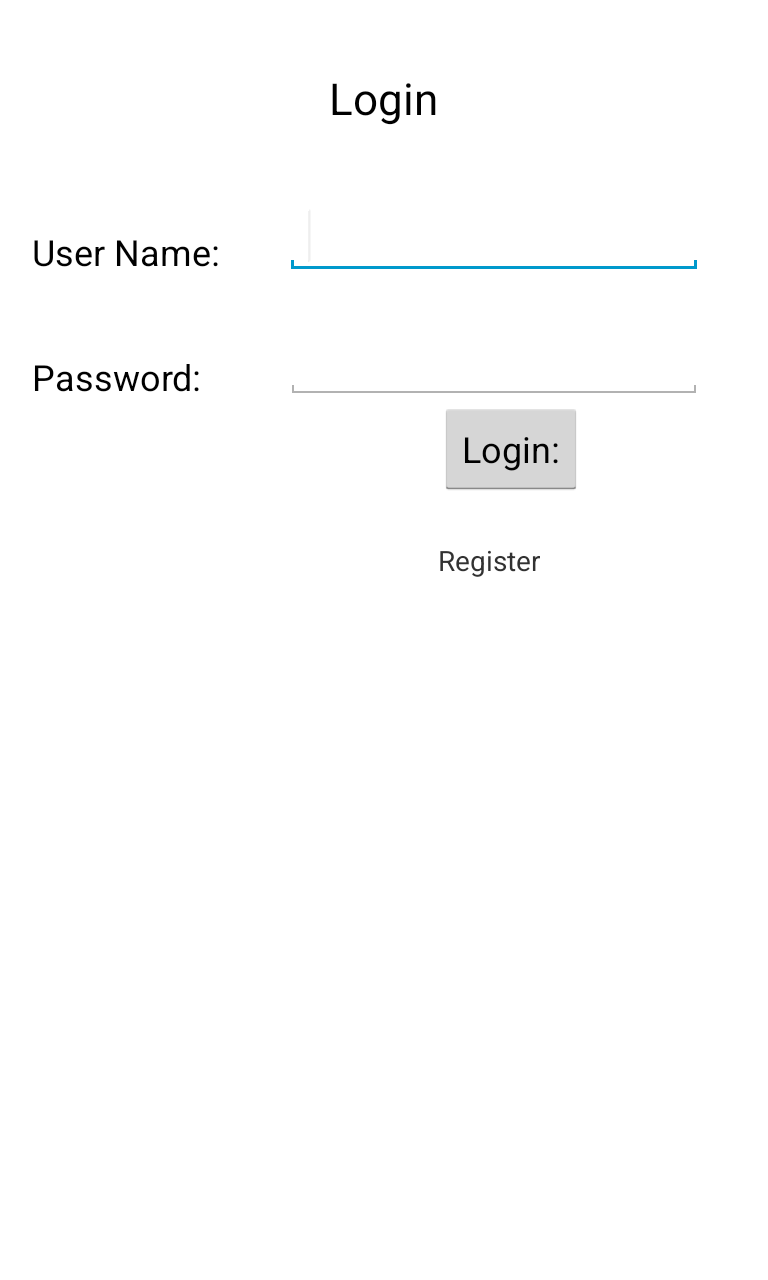
Repository: chrisberry/WebAPIWithAndroidUI
Layout: PeopleAPIAndroid/PeopleAPI/res/layout/login_main.xml
These files come from the project's save history. The layout is drawn as it stood at one moment and after the next save; the edit follows.
It is drawn on a 768 x 1280 px phone screen (xhdpi) without system bars, with theme AppTheme; the app's code is not run.

Above is the layout before, as saved 2014-02-11 18:05:23.

### PeopleAPIAndroid/PeopleAPI/res/layout/login_main.xml
<RelativeLayout xmlns:android="http://schemas.android.com/apk/res/android"
    xmlns:tools="http://schemas.android.com/tools"
    android:layout_width="match_parent"
    android:layout_height="match_parent"
    android:paddingBottom="@dimen/activity_vertical_margin"
    android:paddingLeft="@dimen/activity_horizontal_margin"
    android:paddingRight="@dimen/activity_horizontal_margin"
    android:paddingTop="@dimen/activity_vertical_margin" android:onClick="editActions"
    tools:context=".LoginMainActivity" >
    <TextView
      android:id="@+id/textView1"
      android:layout_width="wrap_content"
      android:layout_height="wrap_content"
      android:layout_alignParentTop="true"
      android:layout_centerHorizontal="true"
      android:layout_marginTop="18dp"
      android:text="@string/login_tile"
      android:textAppearance="?android:attr/textAppearanceLarge" />

   <TextView
      android:id="@+id/textView2"
      android:layout_width="wrap_content"
      android:layout_height="wrap_content"
      android:layout_alignParentLeft="true"
      android:layout_below="@+id/textView1"
      android:layout_marginTop="50dp"
      android:text="@string/username"
      android:textAppearance="?android:attr/textAppearanceMedium" />

   <EditText
      android:id="@+id/editText1"
      android:layout_width="wrap_content"
      android:layout_height="wrap_content"
      android:layout_alignBottom="@+id/textView2"
      android:layout_marginLeft="32dp"
      android:layout_toRightOf="@+id/textView2"
      android:ems="10" >

      <requestFocus />
   </EditText>

   <TextView
      android:id="@+id/textView3"
      android:layout_width="wrap_content"
      android:layout_height="wrap_content"
      android:layout_alignLeft="@+id/textView2"
      android:layout_below="@+id/textView2"
      android:layout_marginTop="38dp"
      android:text="@string/password"
      android:textAppearance="?android:attr/textAppearanceMedium" />

   <EditText
      android:id="@+id/editText2"
      android:layout_width="wrap_content"
      android:layout_height="wrap_content"
      android:layout_alignBottom="@+id/textView3"
      android:layout_alignLeft="@+id/editText1"
      android:ems="10"
      android:inputType="textPassword" />

    <Button
        android:id="@+id/button1"
        android:layout_width="wrap_content"
        android:layout_height="wrap_content"
        android:layout_below="@+id/editText2"
        android:layout_toRightOf="@+id/textView1"
        android:onClick="login"
        android:text="@string/login" />

    <TextView
        android:layout_width="wrap_content"
        android:layout_height="wrap_content"
        android:layout_below="@+id/button1"
        android:layout_marginTop="22dp"
        android:layout_toRightOf="@+id/textView1"
        android:onClick="showRegister"
        android:text="@string/register_tile" />

</RelativeLayout>

### PeopleAPIAndroid/PeopleAPI/res/values/strings.xml
<?xml version="1.0" encoding="utf-8"?>
<resources>
    <string name="app_name">People API</string>
    <string name="action_settings">Settings</string>
    <string name="hello_world">Hello world!</string>
    <string name="login_tile">Login</string>
    <string name="register_tile">Register</string>
    <string name="register_prompt">Register here!</string>
    <string name="password">Password:</string>
    <string name="login">Login:</string>
    <string name="username">User Name:</string>
</resources>

Loaded but not shown: PeopleAPIAndroid/PeopleAPI/res/values/styles.xml (common file); PeopleAPIAndroid/PeopleAPI/res/values-v11/styles.xml (common file); PeopleAPIAndroid/PeopleAPI/res/values-v14/styles.xml (common file); PeopleAPIAndroid/PeopleAPI/res/values/dimens.xml (common file)

After the next save:
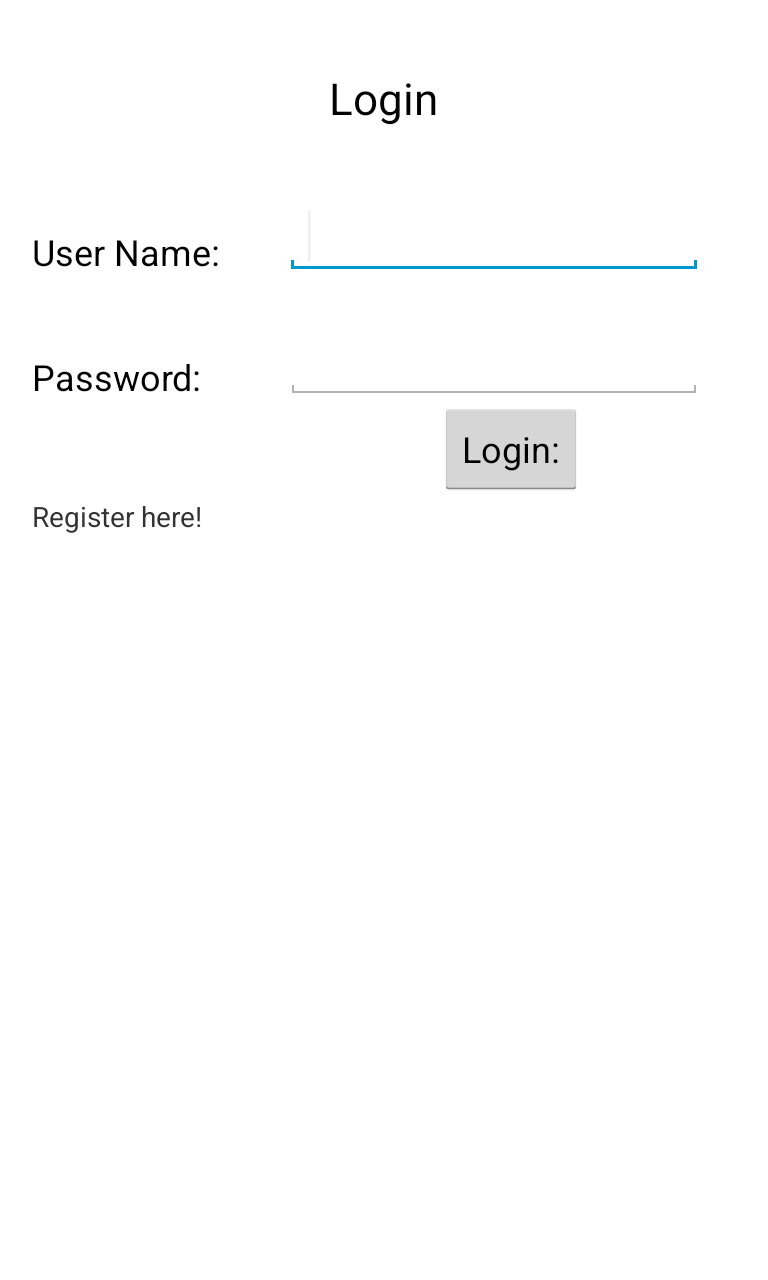
Saved 61 s later.
--- a/PeopleAPIAndroid/PeopleAPI/res/layout/login_main.xml
+++ b/PeopleAPIAndroid/PeopleAPI/res/layout/login_main.xml
@@ -71,9 +71,7 @@
         android:layout_width="wrap_content"
         android:layout_height="wrap_content"
         android:layout_below="@+id/button1"
-        android:layout_marginTop="22dp"
-        android:layout_toRightOf="@+id/textView1"
         android:onClick="showRegister"
-        android:text="@string/register_tile" />
+        android:text="@string/register_prompt" />
 
 </RelativeLayout>
